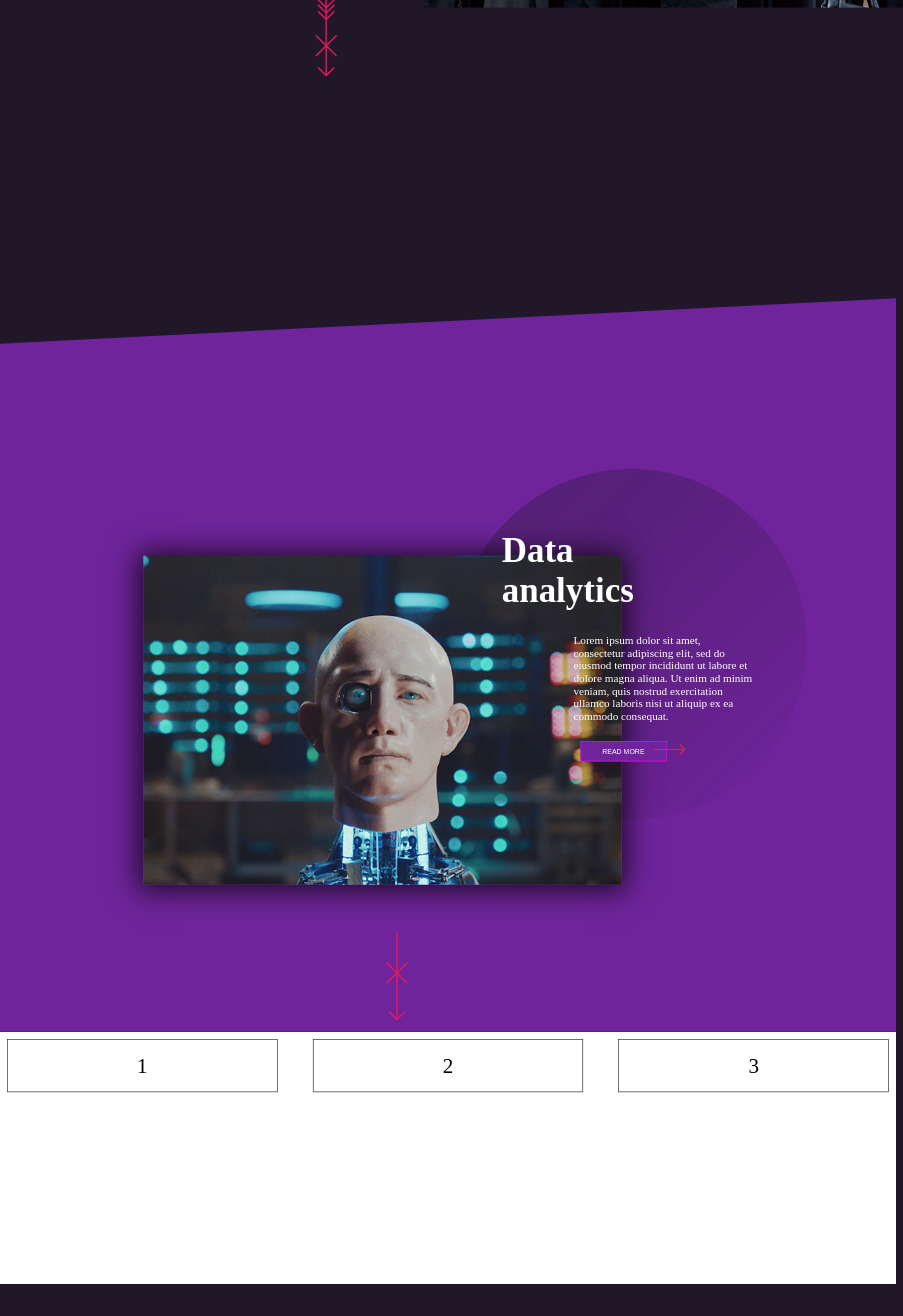
Repository: Ajtheult/King-James-Site
Page: index.html
The author's editor kept a copy of each file at every save. The page is drawn from the files as they stood at one save, then again after the next save.
The browser window is 1280 px wide. The page is 1290 px wide, so the pictures cover 1290 px, including what lies to the right of the window. The pictures show the part of the page from y = 1835 to 3715 px (the page is 3715 px tall), at 70% of full size.
Some web fonts or font styles are not loaded; a fallback is used. The style sheet was rebuilt from its Sass, Less or Tailwind sources for each picture, by a compiler version that may differ from the author's.

Above is the page before, as saved 2020-08-21 13:48:35.

After the next save:
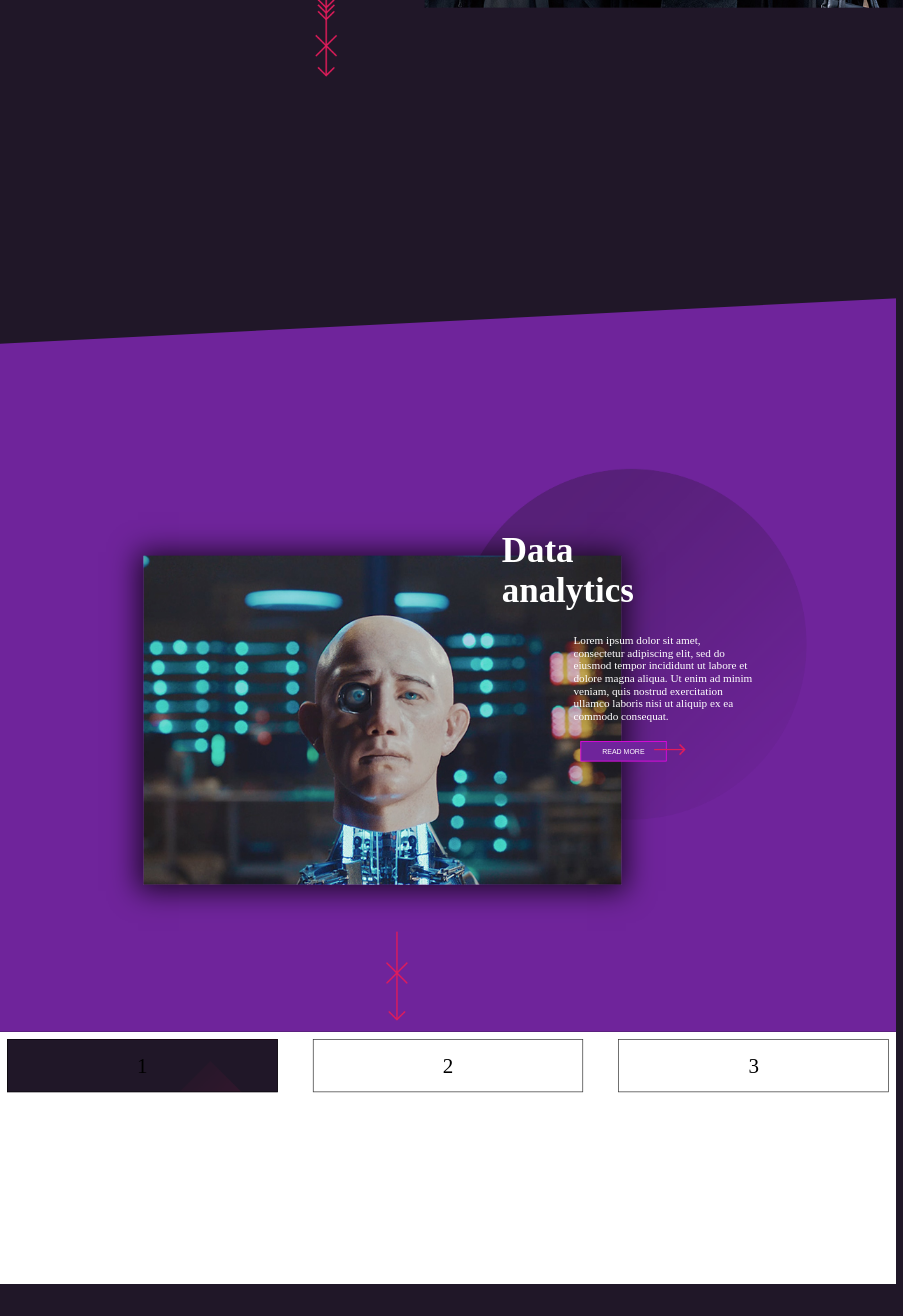
Saved 64 s later.
--- a/styling/index.scss
+++ b/styling/index.scss
@@ -179,6 +179,7 @@ body {
       text-align: center;
     }
     .num_one {
+      background-image: url(../kjd-fontend-test-files/kjd-assets/bg-square-gradient.png);
     }
     .num_two {
     }
